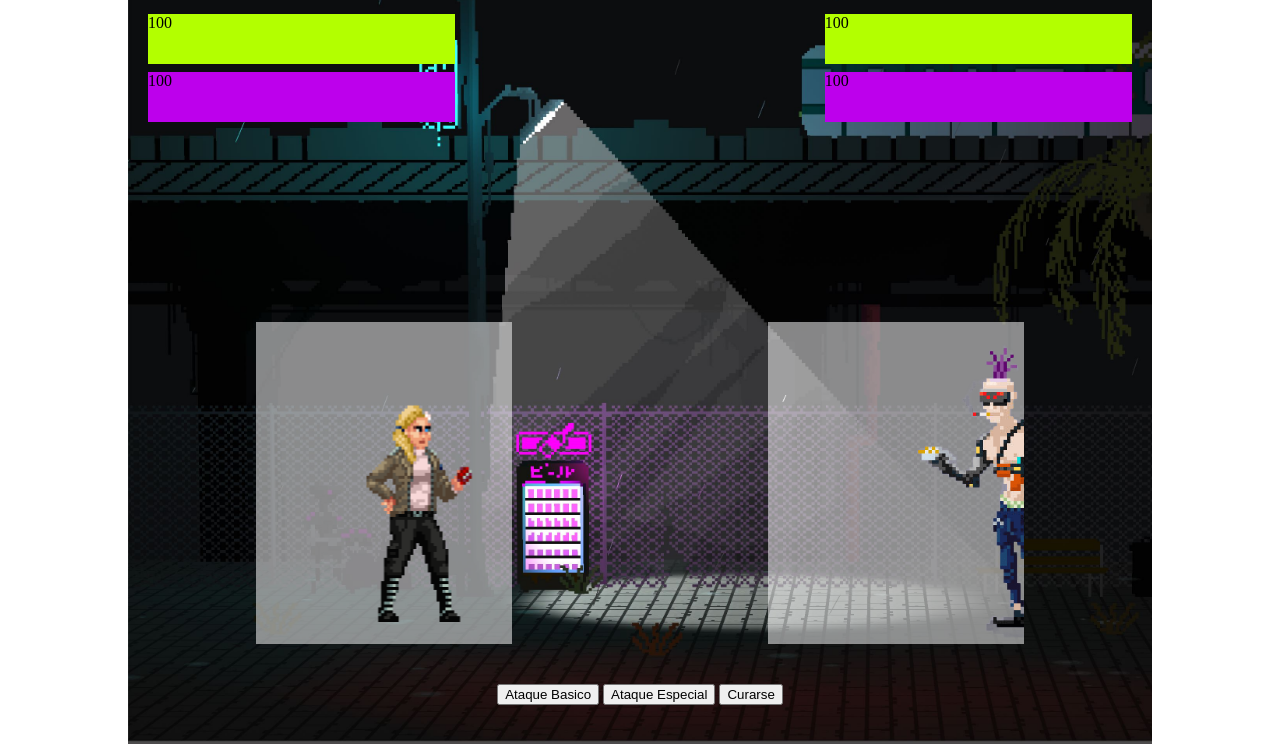
Repository: NovaDuel/novaduel-game
Page: index.html
These files come from the project's save history. The page is drawn as it stood at one moment and after a run of saves; the edit follows.
The browser window is 1280 px wide. The pictures show the whole page.

Above is the page before, as saved 2024-03-25 16:16:16.

### index.html
<!DOCTYPE html>
<html lang="en">
<head>
    <meta charset="UTF-8">
    <meta name="viewport" content="width=device-width, initial-scale=1.0">
    <link rel="stylesheet" href="style.css">
    <script src="main.js" defer></script>
    <title>NovaDuel</title>
</head>
<body>
    <div id="main-container">
        <div id="status">
            <div class="bars-wrapper">
                <div id="health-player" class="health"></div>
                <div id="stamina-player" class="stamina"></div>
            </div>
            <div class="bars-wrapper">
                <div id="health-enemy" class="health"></div>
                <div id="stamina-enemy" class="stamina"></div>
            </div>
        </div>
        <div id="characters">
            <div id="player" class="pj"></div>
            <div id="enemy" class="pj"></div>
        </div>
        <div id="actions">
            <div id="buttons">
                <button id="basic-attack" class="btn">Ataque Basico</button>
                <button id="special-attack" class="btn">Ataque Especial</button>
                <button id="heal-action" class="btn">Curarse</button>
            </div>
        </div>
    </div>
</body>
</html>

### style.css
body {
    margin: 0;
    padding: 0;
    height: 100vh;
    display: flex;
    align-items: center;
    justify-content: center;
}

#main-container {
    width: 1024px;
    height: 768px;
    background-size: cover;
    background-image: url(./images/scenario.jpg);
}

#status {
    display: flex;
    justify-content: space-between;
    width: 100%;
    height: 27%;
}

.bars-wrapper {
    display: flex;
    flex-direction: column;
    justify-content: space-evenly;
    align-items: left;
    width: 30%;
    height: 60%;
    margin-top: 30px;
    padding: 0 20px;
}

.health {
    width: 100%;
    height: 40%;
    background-color: rgb(179, 255, 0);
}

.stamina {
    width: 100%;
    height: 40%;
    background-color: rgb(189, 0, 236)
}

#characters {
    display: flex;
    align-items: end;
    justify-content: space-around;
    width: 100%;
    height: 60%;
}

.pj {
    height: 70%;
    width: 25%;
    background-color: rgba(255, 255, 255, 0.52);
}

#player {
    background-position-x: 110px;
    background-position-y: 80px;
    background-size: 200%;
    background-repeat: no-repeat;
    background-image: url(./images/player.png)
}

#enemy {
    background-position-y: -80px;
    background-size: 200%;
    background-repeat: no-repeat;
    background-image: url(./images/enemy.png)
}

#actions {
    height: 13%;
    display: flex;
    align-items: center;
    justify-content: center;
}

### main.js
const selector = selector => document.querySelector(selector);
const selectAll = selector => document.querySelectorAll(selector);

function Player (health, stamina, strength) {
    this.health = health;
    this.stamina = stamina;
    this.strength = strength;
    this.attackPlayer = function() {
        return this.strength;
    },
    this.specialAttackPlayer = function() {
        if (this.stamina >= 10) {
            this.stamina -= 10;
            return this.strength + 10 * Math.round(Math.random() * 3);
        }
    },
    this.receiveDamage = function(damage) {
        this.health -= damage;
    }
    this.healing = function() {
        if (this.stamina >= 20) {
            this.stamina -= 20;
            this.health += 50;
        }
    }
}


function Enemy (health, stamina, strength) {
    this.health = health;
    this.stamina = stamina;
    this.strength = strength;
    this.attackEnemy = function() {
        return this.strength;
    },
    this.specialAttackEnemy = function() {
        if (this.stamina >= 10) {
            this.stamina -= 10;
            return this.strength + 10 * Math.round(Math.random() * 3);
        }
    },
    this.receiveDamage = function (damage) {
        this.health -= damage;
    },
    this.healing = function() {
        if (this.stamina >= 20) {
            this.stamina -= 20;
            this.health += 50;
        }
    }
}

function Game() {

}

let player = new Player(100, 100, 20);
let enemy = new Enemy(100, 100, 18);
selector('#health-player').textContent = player.health;
selector('#stamina-player').textContent = player.stamina;
selector('#health-enemy').textContent = enemy.health;
selector('#stamina-enemy').textContent = enemy.stamina;

function actionsEnemy() {
    if (enemy.stamina >= 10) {
        if (enemy.health === 100) {
            let randomAction = Math.floor(Math.random() * 2);
            switch(randomAction) {
                case 0:
                    let enemyStrength = enemy.attackEnemy();
                    player.receiveDamage(enemyStrength);
                    selector("#health-player").style.width = `${player.health}%`;
                    selector('#health-player').textContent = player.health;
                    break;
                case 1:
                    let specialEnemyStrength = enemy.specialAttackEnemy();
                    player.receiveDamage(specialEnemyStrength);
                    selector("#health-player").style.width = `${player.health}%`;
                    selector("#stamina-enemy").style.width = `${enemy.stamina}%`;
                    selector('#health-player').textContent = player.health;
                    selector('#stamina-enemy').textContent = enemy.stamina;
                    break;
            }
        } else {
            let randomAction = Math.floor(Math.random() * 3);
            switch(randomAction) {
                case 0:
                    let enemyStrength = enemy.attackEnemy();
                    player.receiveDamage(enemyStrength);
                    selector("#health-player").style.width = `${player.health}%`;
                    selector('#health-player').textContent = player.health;
                    break;
                case 1:
                    let specialEnemyStrength = enemy.specialAttackEnemy();
                    player.receiveDamage(specialEnemyStrength);
                    selector("#health-player").style.width = `${player.health}%`;
                    selector("#stamina-enemy").style.width = `${enemy.stamina}%`;
                    selector('#health-player').textContent = player.health;
                    selector('#stamina-enemy').textContent = enemy.stamina;
                    break;
                case 2:
                    enemy.healing();
                    selector("#stamina-enemy").style.width = `${enemy.stamina}%`;
                    selector('#stamina-enemy').textContent = enemy.stamina;
                    selector('#health-enemy').textContent = enemy.health;
                    break;
            }
        }

    } else {
        let enemyStrength = enemy.attackEnemy();
        player.receiveDamage(enemyStrength);
        selector("#health-player").style.width = `${player.health}%`;
        selector('#health-player').textContent = player.health;
    }
}

let buttons = selectAll(".btn");

selector('#basic-attack').addEventListener('click', function() {
    let playerStrength = player.attackPlayer();
    enemy.receiveDamage(playerStrength);
    buttons.forEach(button => {
        button.setAttribute("disabled", "")
    })
    selector("#health-enemy").style.width = `${enemy.health}%`;
    selector('#health-enemy').textContent = enemy.health;
    setTimeout(actionsEnemy, 500);
    setTimeout(function() {
        buttons.forEach(button => {
            button.removeAttribute("disabled", "")
        });
    }, 1000)
    selector('#health-player').textContent = player.health;
    stateHealth();
});
selector('#special-attack').addEventListener('click', function() {
    let playerStrength = player.specialAttackPlayer();
    enemy.receiveDamage(playerStrength);
    buttons.forEach(button => {
        button.setAttribute("disabled", "")
    })
    selector("#health-enemy").style.width = `${enemy.health}%`;
    selector('#health-enemy').textContent = enemy.health;
    selector("#stamina-player").style.width = `${player.stamina}%`;
    selector('#stamina-player').textContent = player.stamina;
    setTimeout(actionsEnemy, 500);
    setTimeout(function() {
        buttons.forEach(button => {
            button.removeAttribute("disabled", "")
        })
    }, 1000)
    stateHealth();
});
selector('#heal-action').addEventListener('click', function() {
    if (player.health >= 100 || player.stamina === 0) {
        alert("No puedes curarte ahora mismo")
    } else {
        player.healing();
        buttons.forEach(button => {
            button.setAttribute("disabled", "")
        })
        selector("#stamina-player").style.width = `${player.stamina}%`;
        selector('#stamina-player').textContent = player.stamina;
        selector('#health-player').textContent = player.health;
        setTimeout(actionsEnemy, 500);
        setTimeout(function() {
            buttons.forEach(button => {
                button.removeAttribute("disabled", "")
            })
        }, 1000)
        stateHealth();
    }
});


function stateHealth() {
    if(enemy.health === 0 || enemy.health < 0) {
        console.log('YOU WIN');
    }
    if (player.health === 0 || player.health < 0) {
        console.log('GAME OVER');
    }
}

After the next 2 saves:
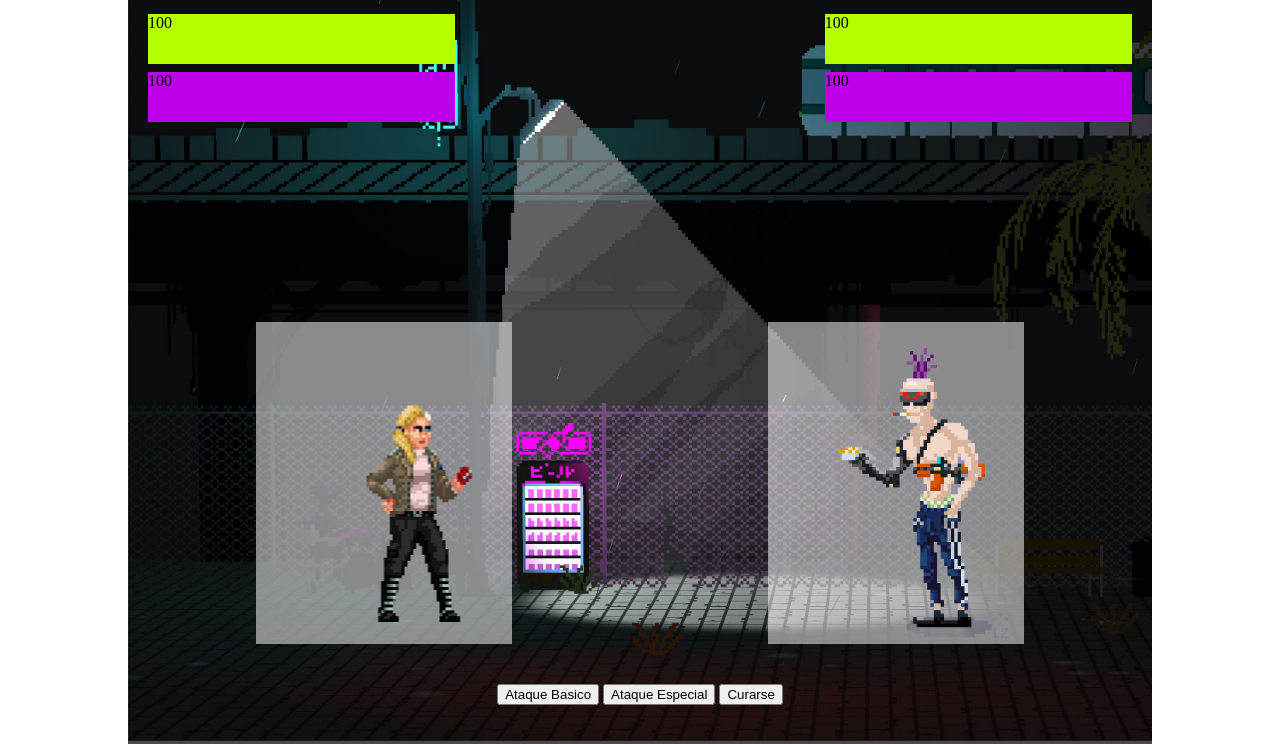
The 2 saves are shown as one change because they came seconds apart.
The last was saved 14 s later.
--- a/style.css
+++ b/style.css
@@ -67,6 +67,7 @@ body {
 }
 
 #enemy {
+    background-position-x: -80px;
     background-position-y: -80px;
     background-size: 200%;
     background-repeat: no-repeat;
